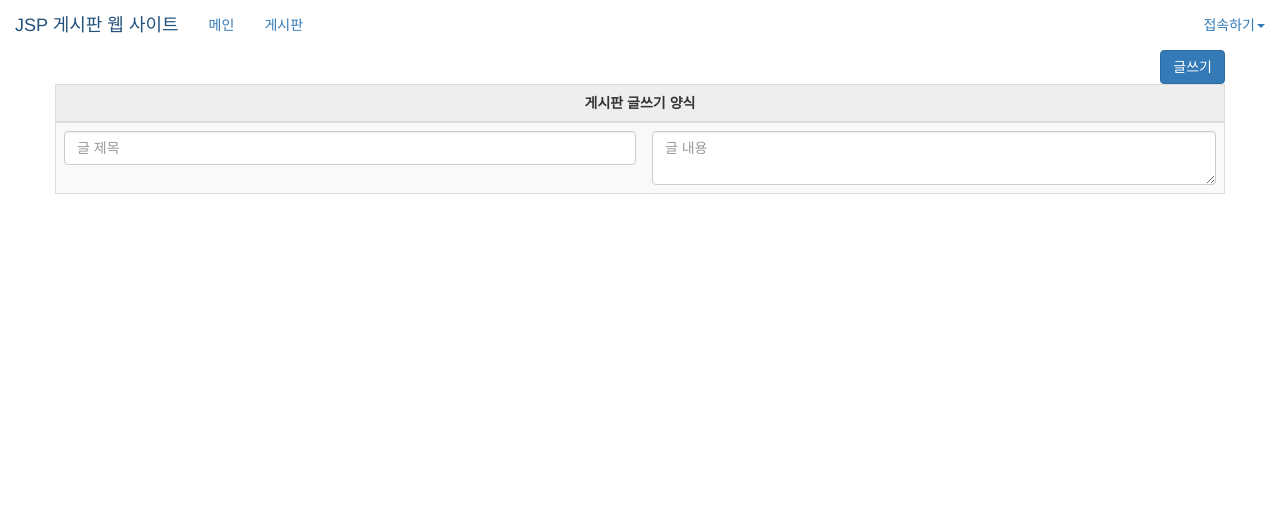
Repository: CEmmanuelP/jsp_Myblog
Page: http://localhost/BBS/write.jsp
The author's editor kept a copy of each file at every save. The page is drawn from the files as they stood at one save, then again after the next save.
The browser window is 1280 px wide. The pictures show the whole page.
Some web libraries are served in a nearby version. The page is served by Tomcat 9. Other server files are loaded and not shown.

Above is the page before, as saved 2019-09-07 00:26:11.

### BBS/WebContent/write.jsp
<%@ page language="java" contentType="text/html; charset=UTF-8"
    pageEncoding="UTF-8"%>
<%@ page import="java.io.PrintWriter" %>
<!DOCTYPE html>
<html>
<head>
<meta http-equiv="Content-Type" content="text/html; charset=UTF-8">
<!-- 반응형 -->
<meta name="viewport" content="width=device-width", initial-scale="1">
<link rel="stylesheet" href="css/bootstrap.css">
<title>JSP 게시판 웹 사이트</title>
</head>
<body>
   <%
      String userID = null;
      if(session.getAttribute("userID") != null){
         userID = (String) session.getAttribute("userID");
      }
   %>

   <!-- nav : 한 사이트의 전반적 구성 -->
   <nav class="navbar_navbar-default">
      <div class="navbar-header">
         <button type="button" class="navbar-toggle collapsed"
            data-toggle="collapse" data-target="#bs-example-navbar-collapse-1"
            aria-expanded="false">
            <span class="icon-bar"></span>
            <span class="icon-bar"></span>
            <span class="icon-bar"></span>
         </button>
         <a class="navbar-brand" href="main.jsp">JSP 게시판 웹 사이트</a>
      </div>
      <div class="collapse navbar-collapse" id="bs-example-navbar-collapse-1">
         <ul class="nav navbar-nav">
            <li><a href="main.jsp">메인</a></li>
            <li class="active"><a href="main.jsp">게시판</a></li>
         </ul>
         <%
            if(userID == null){
         %>
         <ul class="nav navbar-nav navbar-right">
            <li class="dropdown">
               <a href="#" class="dropdown-toggle"
                  data-toggle="dropdown" role="button" aria-haspopup="true"
                  aria-expanded="false">접속하기<span class="caret"></span></a>
               <ul class="dropdown-menu">
                  <li><a href="login.jsp">로그인</a></li>
                  <li><a href="join.jsp">회원가입</a></li>
               </ul>
            </li>
         </ul>
         <%
            } else {
         %>
         <ul class="nav navbar-nav navbar-right">
            <li class="dropdown">
               <a href="#" class="dropdown-toggle"
                  data-toggle="dropdown" role="button" aria-haspopup="true"
                  aria-expanded="false">회원관리<span class="caret"></span></a>
               <ul class="dropdown-menu">
                  <li><a href="logoutAction.jsp">로그아웃</a></li>
               </ul>
            </li>
         </ul>
         <%
            }
         %>
      </div>
   </nav>

   <div class="container">
      <div class="row">
         <form method="post" action="writeAction.jsp">
         	<table class ="table table-striped" style="text-align: center; border: 1px solid #dddddd">
            <thead>
               <tr>
                  <th colspan="2" style="background-color: #eeeeee; text-align: center;">게시판 글쓰기 양식</th>
               </tr>
            </thead>
            <tbody>
            	<tr>
            		<td><input type="text" class="form-control" placeholder="글 제목" name="bbsTitle" maxlength="50"></td>
            		<td><textarea type="text" class="form-control" placeholder="글 내용" name="bbsContent" maxlength="2048"></textarea></td>
            	</tr>
            </tbody>
            <input type="submit" class="btn btn-primary pull-right" value="글쓰기">
         </table>
         </form>
      </div>
   </div>

   <script src="https://code.jquery.com/jquery-3.1.1.min.js"></script>
   <script src="js/bootstrap.js"></script>
</body>
</html>

Loaded but not shown: BBS/WebContent/css/bootstrap.css (library); BBS/WebContent/js/bootstrap.js (library)

After the next save:
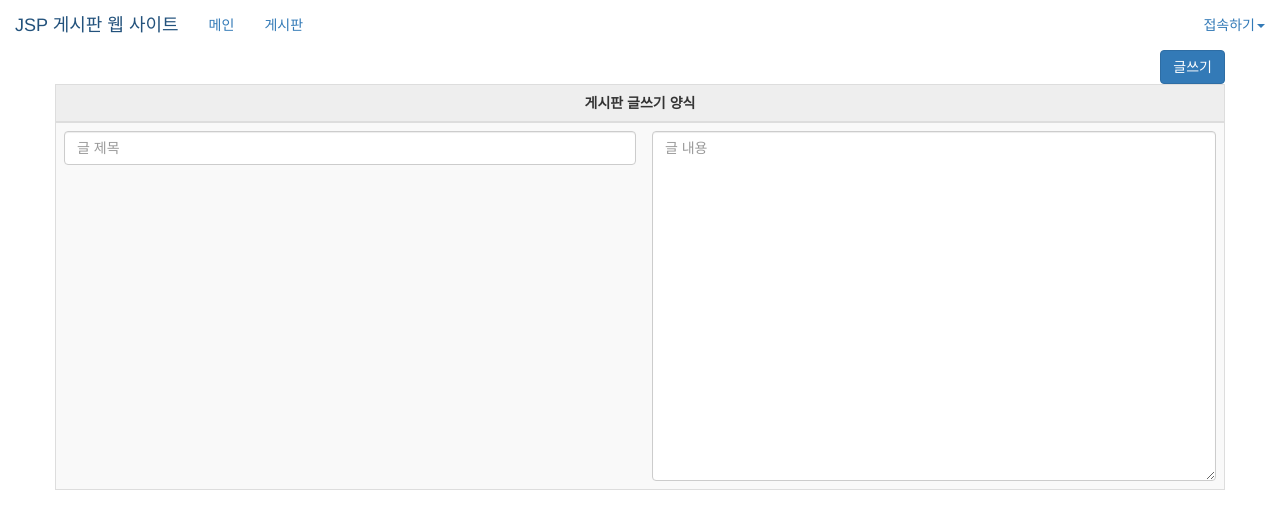
Saved 2 min 1 s later.
--- a/BBS/WebContent/write.jsp
+++ b/BBS/WebContent/write.jsp
@@ -80,7 +80,7 @@
             <tbody>
             	<tr>
             		<td><input type="text" class="form-control" placeholder="글 제목" name="bbsTitle" maxlength="50"></td>
-            		<td><textarea type="text" class="form-control" placeholder="글 내용" name="bbsContent" maxlength="2048"></textarea></td>
+            		<td><textarea type="text" class="form-control" placeholder="글 내용" name="bbsContent" maxlength="2048" style="height: 350px;"></textarea></td>
             	</tr>
             </tbody>
             <input type="submit" class="btn btn-primary pull-right" value="글쓰기">
